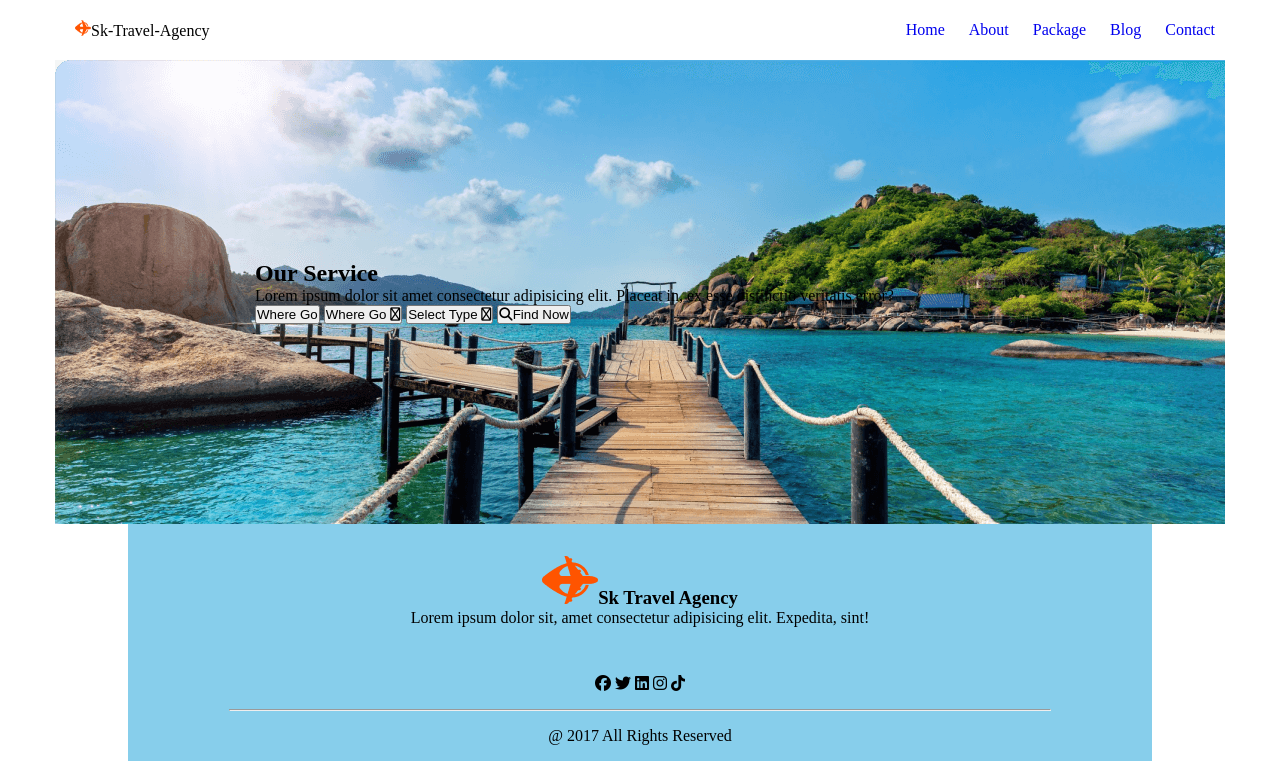
Repository: sumonkumarsarkar/Sk-Travel-Agency-
Page: index.html
The author's editor kept a copy of each file at every save. The page is drawn from the files as they stood at one save, then again after the next save.
The browser window is 1280 px wide. The pictures show the whole page.

Above is the page before, as saved 2024-01-17 05:25:45.

After the next save:
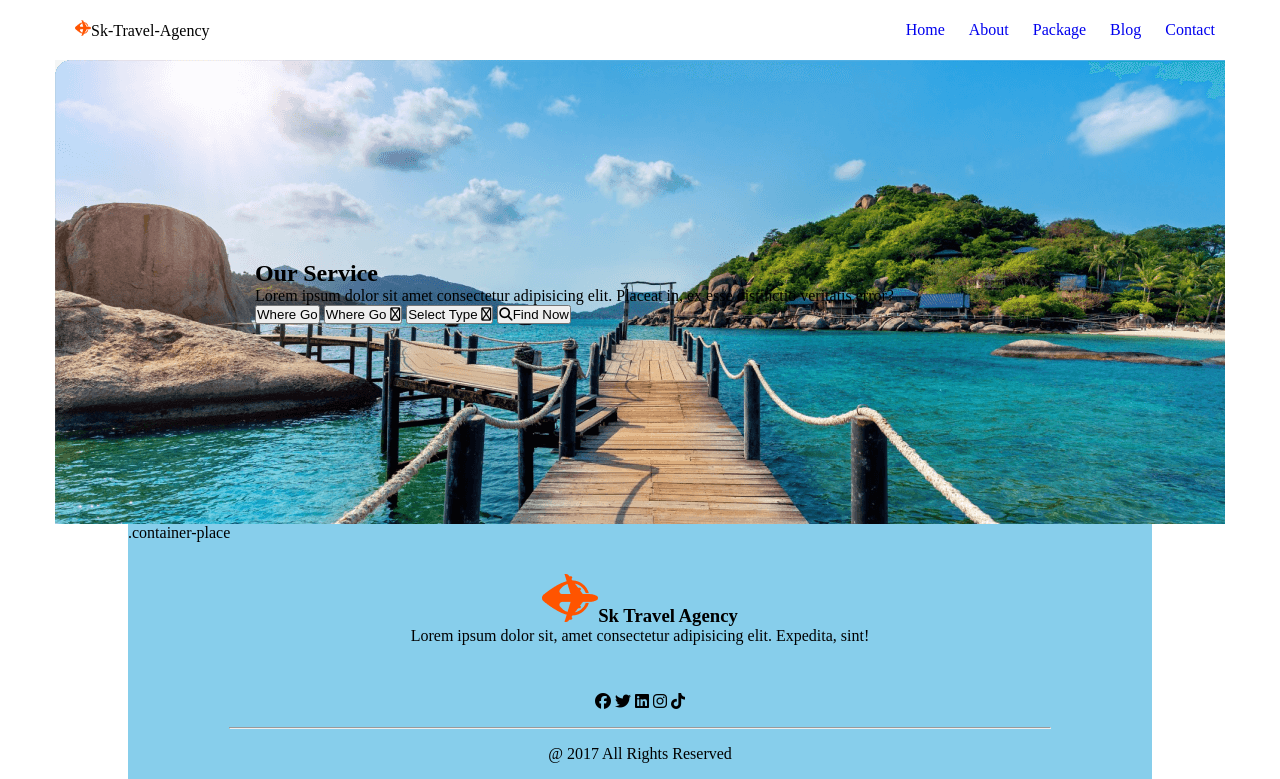
Saved 2 min 28 s later.
--- a/index.html
+++ b/index.html
@@ -40,8 +40,13 @@
     </div>
 </section>
     </header>
+
+
+
     <main>
-
+<div class="container">
+    .container-place
+</div>
     </main>
 
 

After the save that followed:
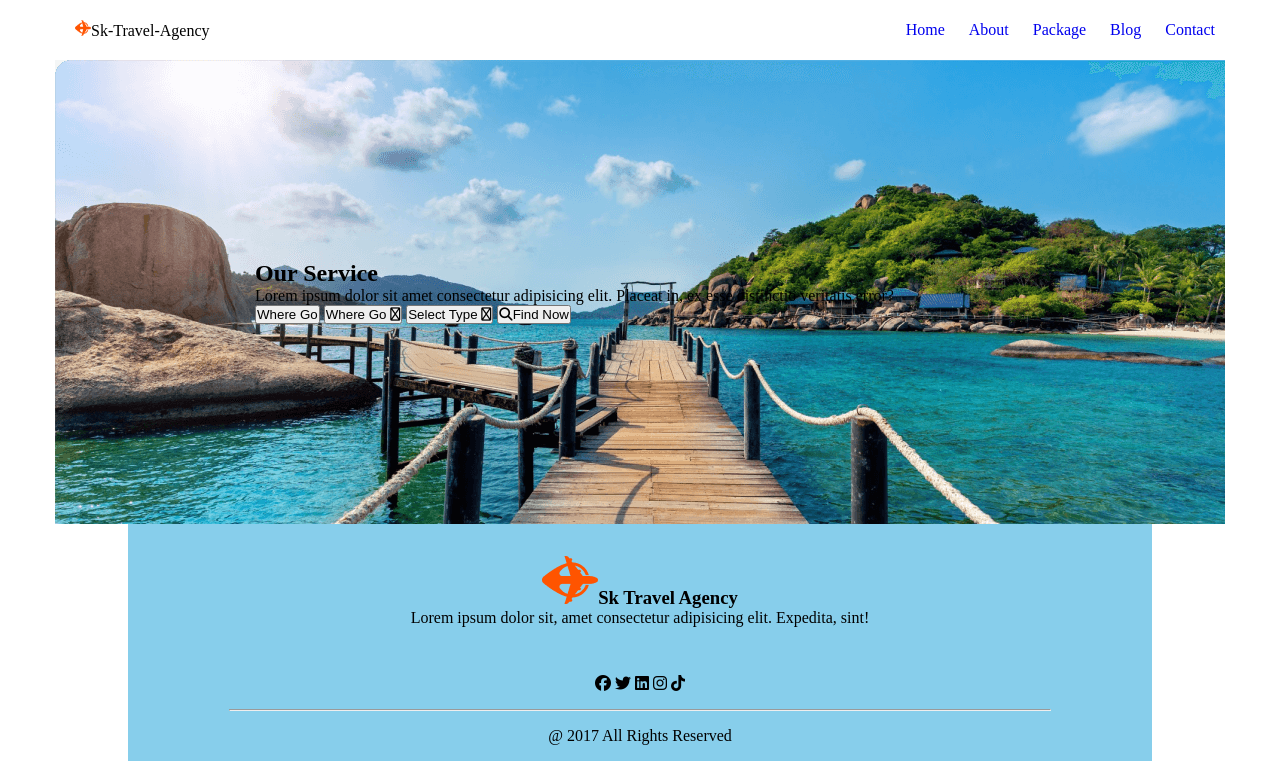
Saved 14 s later.
--- a/index.html
+++ b/index.html
@@ -45,7 +45,9 @@
 
     <main>
 <div class="container">
-    .container-place
+    <div class="container-place-item">
+
+    </div>
 </div>
     </main>
 
